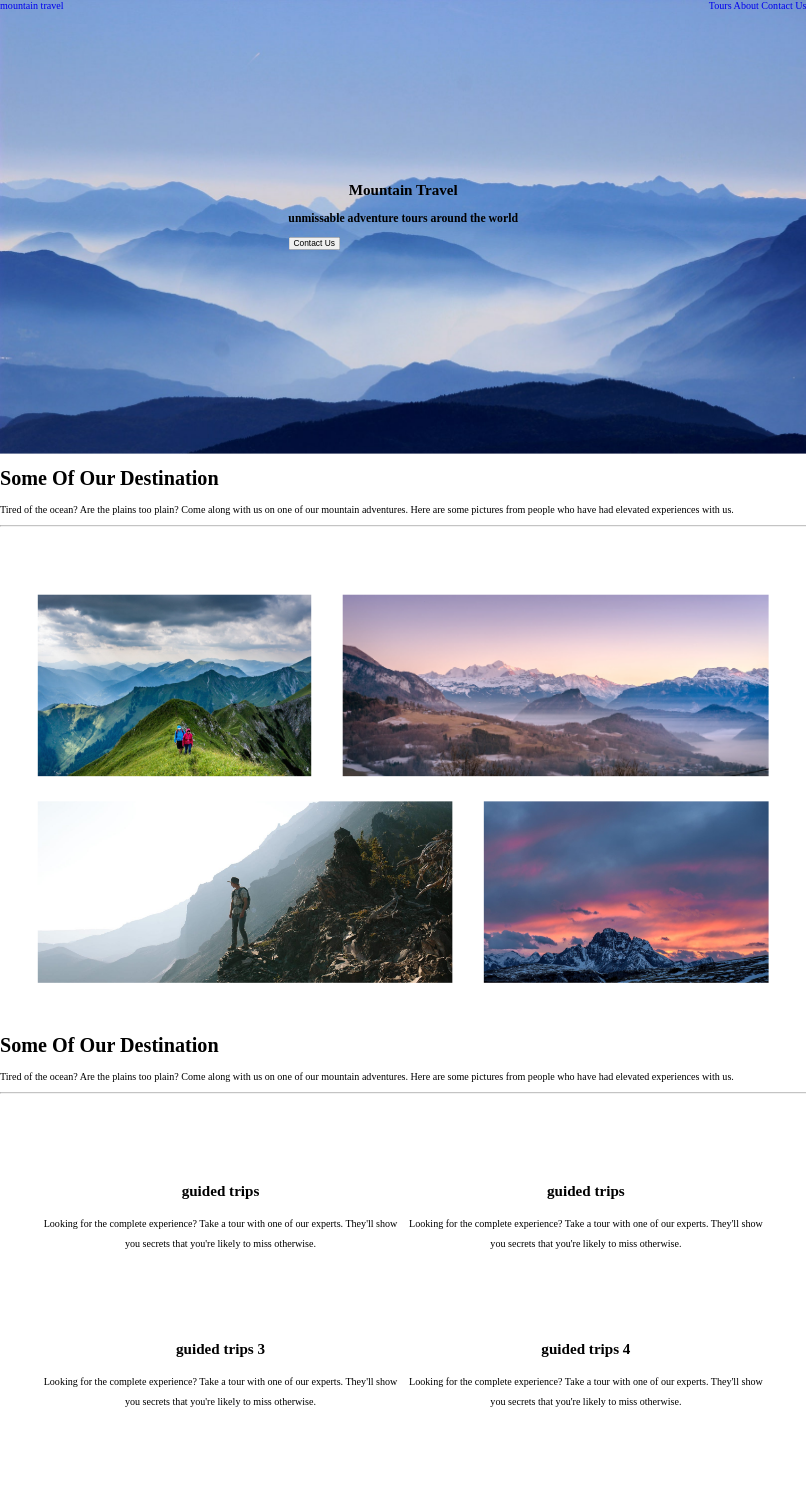
Repository: Einsteiniumeinsteinian/Advanced-CSS
Page: css-project-starter-code/index.html
These files come from the project's save history. The page is drawn as it stood at one moment and after the next save; the edit follows.
The browser window is 1280 px wide. The pictures show the whole page, at 63% of full size.
Some web libraries are served in a nearby version.

Above is the page before, as saved 2021-08-15 19:35:26.

### css-project-starter-code/index.html
<!DOCTYPE html>
<html>

<head>
  <meta charset="utf-8">
  <meta name="viewport" content="width=device-width, initial-scale=1">
  <title>Mountain Travel</title>
  <link href="https://fonts.googleapis.com/css?family=Open+Sans" rel="stylesheet">
  <link href="https://fonts.googleapis.com/css?family=Quicksand" rel="stylesheet">
  <link rel="stylesheet" href="assets/css/styles.css">
</head>

<body>
  <!-- Forked from a template on Tutorialzine: https://tutorialzine.com/2016/06/freebie-landing-page-template-with-flexbox -->
  <header>
    <nav>
      <a href="#"> mountain travel</a>
      <span class="nav-span">
        <a href="#"> Tours</a>
        <a href="#"> About</a>
        <a href="#"> Contact Us</a>
      </span>
    </nav>
    <div class="top-container">
      <div class="header-text-wrapping">
        <h2>Mountain Travel</h2>
        <h3>unmissable adventure tours around the world</h3>
        <button>Contact Us</button>
      </div>

    </div>
  </header>
  <div>
    <h1>
      Some Of Our Destination
    </h1>
    <p>
      Tired of the ocean? Are the plains too plain? Come along with us on one of our mountain adventures. Here are some
      pictures from people who have had elevated experiences with us.
    </p>
    <hr>
  </div>

  <section class="photo-section">
    <div class="photo-set-div">
      <img class="img" src="assets/img/mountain1.jpg" alt="">
      <img class="img img-2" src="assets/img/mountain2.jpg" alt="">
    </div>
    <div class="photo-set-div">
      <img class="img img-3" src="assets/img/mountain3.jpg" alt="">
      <img class="img" src="assets/img/mountain4.jpg" alt="">
    </div>
  </section>

  <div>
    <h1>
      Some Of Our Destination
    </h1>
    <p>
      Tired of the ocean? Are the plains too plain? Come along with us on one of our mountain adventures. Here are some
      pictures from people who have had elevated experiences with us.
    </p>
    <hr>
  </div>
  <section class="package-section">
    <div class="package-set">
      <div class="package">
        <h1>
          guided trips
        </h1>
        <p>Looking for the complete experience? Take a tour with one of our experts. They'll show you secrets that you're likely to
        miss otherwise.</p>
      </div>
        <div class="package">
          <h1>
            guided trips
          </h1>
          <p>Looking for the complete experience? Take a tour with one of our experts. They'll show you secrets that you're
            likely to
            miss otherwise.</p>
        </div>
    </div>
      <div class="package-set">
        <div class="package">
          <i class="fas fa-bicycle"></i>
          <h1>
            guided trips 3
          </h1>
          <p>Looking for the complete experience? Take a tour with one of our experts. They'll show you secrets that you're
            likely to
            miss otherwise.</p>
        </div>
          <div class="package">
            <h1>
              guided trips 4
            </h1>
            <p>Looking for the complete experience? Take a tour with one of our experts. They'll show you secrets that you're
              likely to
              miss otherwise.</p>
          </div>
      </div>
  </section>
</body>

</html>

### css-project-starter-code/assets/css/styles.css
body{
    margin: 0;
    /* font-family: ; */
}
header{
  /* display: flex; */
  background-image: url('../img/main.jpg');
  background-repeat: no-repeat;
background-size: cover;
    min-height: 100vh;
}
nav{
    display: flex;
    justify-content: space-between;
    min-height: 30vh;
}
.top-container{
    margin-top: 10vh;
    display: flex;
    flex-direction: column;
    justify-content: center;
    align-items: center;
}
h2{
    margin-top: 0;
   text-align: center;
}
a{
    text-decoration: none;
}

/** Photo Section */
.photo-section{
    padding: 60px;
    display: flex;
    flex-direction: column;
}
.photo-set-div{
    margin-top: 40px;
    flex-grow: 1;
    display: flex;
    height: 40vh;
    flex-basis: 100px;
}

.img{
    min-width: 0;
flex-basis: 400px;
flex-grow: 1;
  object-fit: cover;
}
.img-2{
    margin-left: 50px;
    flex-grow: 8;
}
.img-3{
    margin-right: 50px;
    flex-grow: 5;
}

/** Packages */
.package-section{
    padding: 60px;
}
.package-set{
    display: flex;
}
.package{
    text-align: center;
    line-height: 2em;
    margin-top: 50px;
    margin-bottom: 50px;
}

After the next save:
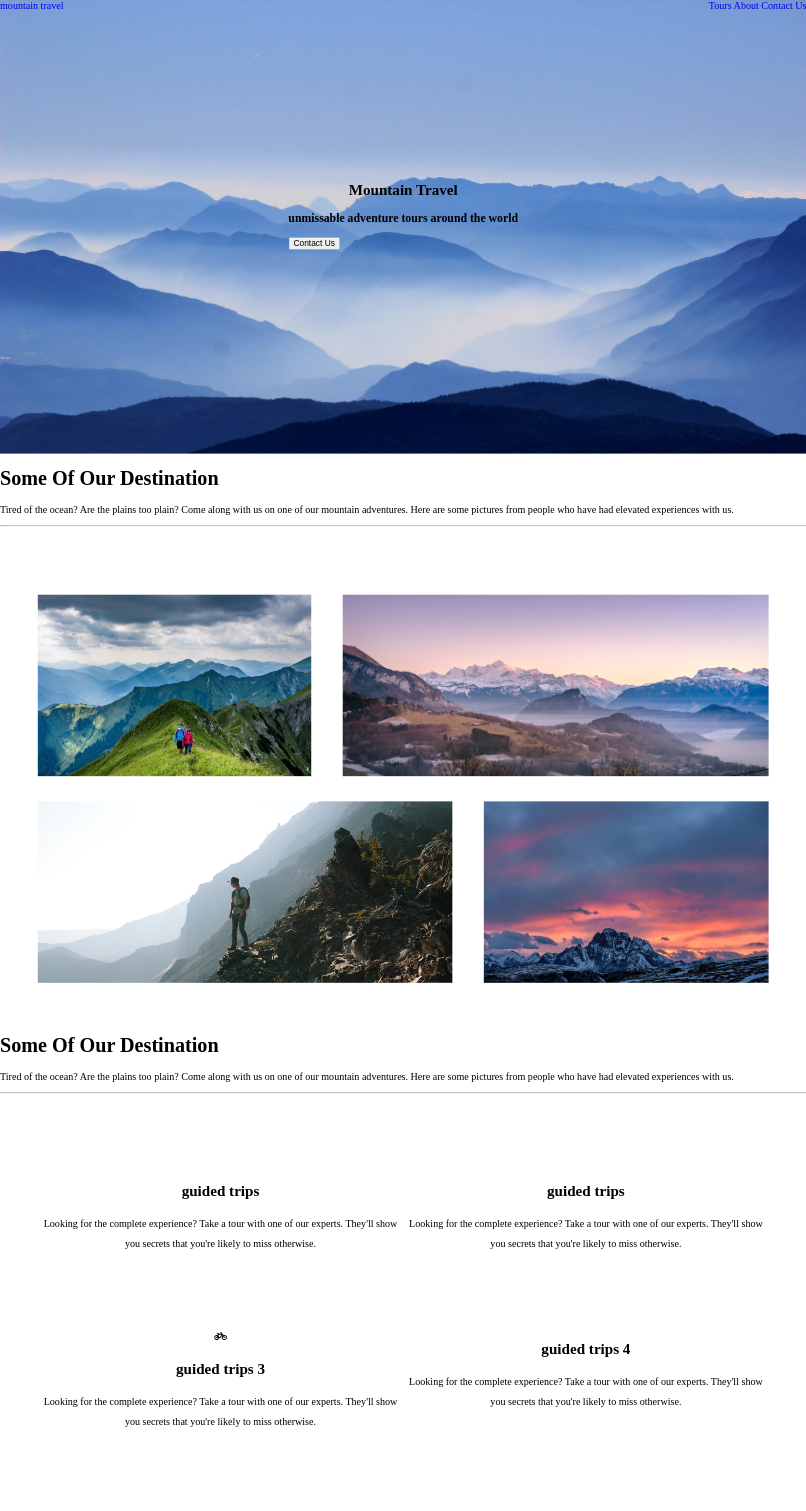
Saved 68 s later.
--- a/css-project-starter-code/index.html
+++ b/css-project-starter-code/index.html
@@ -5,6 +5,7 @@
   <meta charset="utf-8">
   <meta name="viewport" content="width=device-width, initial-scale=1">
   <title>Mountain Travel</title>
+  <link rel="stylesheet" href="https://use.fontawesome.com/releases/v5.0.7/css/all.css">
   <link href="https://fonts.googleapis.com/css?family=Open+Sans" rel="stylesheet">
   <link href="https://fonts.googleapis.com/css?family=Quicksand" rel="stylesheet">
   <link rel="stylesheet" href="assets/css/styles.css">
